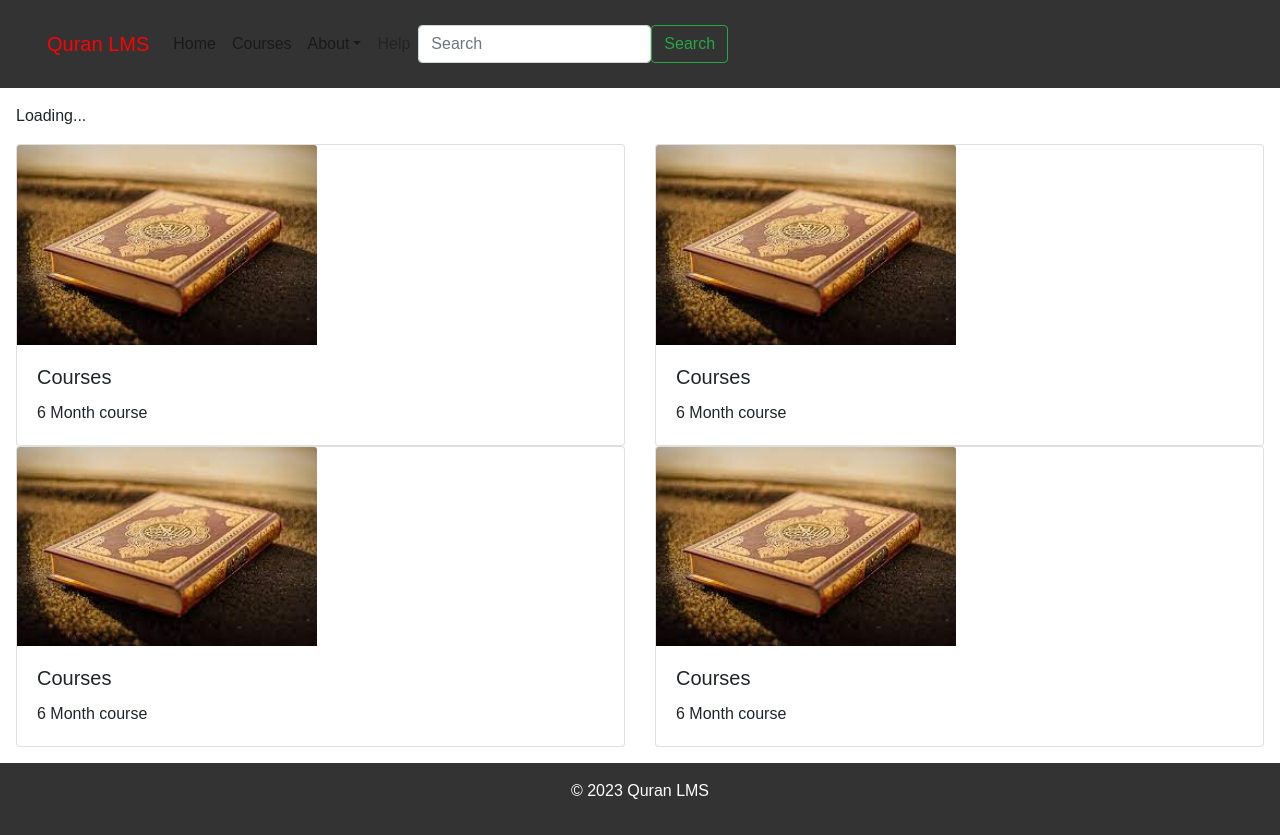
Repository: talha-mahmood/Quran-Lms-react
Page: /
The author's editor kept a copy of each file at every save. The page is drawn from the files as they stood at one save, then again after the next save.
The browser window is 1280 px wide. The pictures show the whole page.
The page's requests for data from a server got no answer. The project was rebuilt for these pictures with package versions that can differ from the ones it lists, and the page was loaded fresh each time. No one was signed in, and anything a server would have sent is missing.

Above is the page before, as saved 2023-03-09 11:54:38.

### public/index.html
<!DOCTYPE html>
<html lang="en">
  <head>
    <meta charset="utf-8" />
    <link rel="icon" href="%PUBLIC_URL%/favicon.ico" />
    <meta name="viewport" content="width=device-width, initial-scale=1" />
    <meta name="theme-color" content="#000000" />
    <meta
      name="description"
      content="Web site created using create-react-app"
    />

    <link rel="apple-touch-icon" href="%PUBLIC_URL%/logo192.png" />
    <link rel="stylesheet" href="https://cdn.jsdelivr.net/npm/bootstrap@4.4.1/dist/css/bootstrap.min.css" integrity="sha384-Vkoo8x4CGsO3+Hhxv8T/Q5PaXtkKtu6ug5TOeNV6gBiFeWPGFN9MuhOf23Q9Ifjh" crossorigin="anonymous">
    <script src="https://code.jquery.com/jquery-3.4.1.slim.min.js" integrity="sha384-J6qa4849blE2+poT4WnyKhv5vZF5SrPo0iEjwBvKU7imGFAV0wwj1yYfoRSJoZ+n" crossorigin="anonymous"></script>
   <script src="https://cdn.jsdelivr.net/npm/popper.js@1.16.0/dist/umd/popper.min.js" integrity="sha384-Q6E9RHvbIyZFJoft+2mJbHaEWldlvI9IOYy5n3zV9zzTtmI3UksdQRVvoxMfooAo" crossorigin="anonymous"></script>
   <script src="https://cdn.jsdelivr.net/npm/bootstrap@4.4.1/dist/js/bootstrap.min.js" integrity="sha384-wfSDF2E50Y2D1uUdj0O3uMBJnjuUD4Ih7YwaYd1iqfktj0Uod8GCExl3Og8ifwB6" crossorigin="anonymous"></script>
    <!--
      manifest.json provides metadata used when your web app is installed on a
      user's mobile device or desktop. See https://developers.google.com/web/fundamentals/web-app-manifest/
    -->
    <link rel="manifest" href="%PUBLIC_URL%/manifest.json" />
    <!--
      Notice the use of %PUBLIC_URL% in the tags above.
      It will be replaced with the URL of the `public` folder during the build.
      Only files inside the `public` folder can be referenced from the HTML.

      Unlike "/favicon.ico" or "favicon.ico", "%PUBLIC_URL%/favicon.ico" will
      work correctly both with client-side routing and a non-root public URL.
      Learn how to configure a non-root public URL by running `npm run build`.
    -->
    <title>React App</title>
  </head>
  <body>
    <noscript>You need to enable JavaScript to run this app.</noscript>
    <div id="root"></div>

    <!--
      This HTML file is a template.
      If you open it directly in the browser, you will see an empty page.

      You can add webfonts, meta tags, or analytics to this file.
      The build step will place the bundled scripts into the <body> tag.

      To begin the development, run `npm start` or `yarn start`.
      To create a production bundle, use `npm run build` or `yarn build`.
    -->
  </body>
</html>

### src/App.js
import './App.css';
import React,{Component} from 'react';
import Button from 'react-bootstrap/Button';
import Container from 'react-bootstrap/Container';
import Form from 'react-bootstrap/Form';
import Nav from 'react-bootstrap/Nav';
import Navbar from 'react-bootstrap/Navbar';
import NavDropdown from 'react-bootstrap/NavDropdown';
import Card from 'react-bootstrap/Card';
import Col from 'react-bootstrap/Col';
import Row from 'react-bootstrap/Row';
import myimg from './download.jpeg'
class QuranLMS extends Component {
  state = {
    verses: [],
    isLoading: true
  };

  async componentDidMount() {
    const response = await fetch("https://api.quran.com/api/v4/quran/verses/uthmani?chapter_number=1");
    const data = await response.json();
    this.setState({
      verses: data.verses,
      isLoading: false
    });
  }

  render() {
    const { verses, isLoading } = this.state;
    return (
      <div>


          <div>
          <header>
          <Navbar bg="" expand="lg" >
      <Container fluid>
        <Navbar.Brand href="#" style={{ color: 'red' }}>Quran LMS</Navbar.Brand>
        <Navbar.Toggle aria-controls="navbarScroll" />
        <Navbar.Collapse id="navbarScroll">
          <Nav
            className="me-auto my-2 my-lg-0"
            style={{ maxHeight: '100px' }}
            navbarScroll
          >
            <Nav.Link href="#action1">Home</Nav.Link>
            <Nav.Link href="#action2">Courses</Nav.Link>
            <NavDropdown title="About" id="navbarScrollingDropdown">
              <NavDropdown.Item href="#action3">Register</NavDropdown.Item>
              <NavDropdown.Item href="#action4">
                Another action
              </NavDropdown.Item>
              <NavDropdown.Divider />
              <NavDropdown.Item href="#action5">
                Something else here
              </NavDropdown.Item>
            </NavDropdown>
            <Nav.Link href="#" disabled>
              Help
            </Nav.Link>
          </Nav>
          <Form className="d-flex">
            <Form.Control
              type="search"
              placeholder="Search"
              className="me-2"
              aria-label="Search"
            />
            <Button variant="outline-success">Search</Button>
          </Form>
        </Navbar.Collapse>
      </Container>
    </Navbar>
    </header>
          </div>



        <main>
          {isLoading ? (
            <p>Loading...</p>
          ) : (
            verses.map((verse) => (
              <p key={verse.id}>{verse.text_uthmani}</p>
            ))
          )}
          <div>
          <Row xs={1} md={2} className="g-4">
      {Array.from({ length: 4 }).map((_, idx) => (
        <Col>
          <Card>
            <Card.Img variant="top" src={myimg} />

            <Card.Body>
              <Card.Title>Courses</Card.Title>
              <Card.Text>
                6 Month course
              </Card.Text>
            </Card.Body>
          </Card>
        </Col>
      ))}
    </Row>
          </div>

        </main>
        <footer>
          <p>&copy; 2023 Quran LMS</p>
        </footer>
      </div>
    );
  }
}

export default QuranLMS;

### src/App.css
body {
  font-family: Arial, sans-serif;
  margin: 0;

}

header {
  background-color: #333;
  color: #fff;
  padding: 1em;
}

header h1 {
  margin: 0;
}

main {
  padding: 1em;
}

footer {
  background-color: #333;
  color: #fff;
  padding: 1em;
  text-align: center;
}
img{
  max-height:200px;
  max-width:300px;
}

Loaded but not shown: src/index.js (common file); src/index.css (common file); src/reportWebVitals.js (common file)

After the next save:
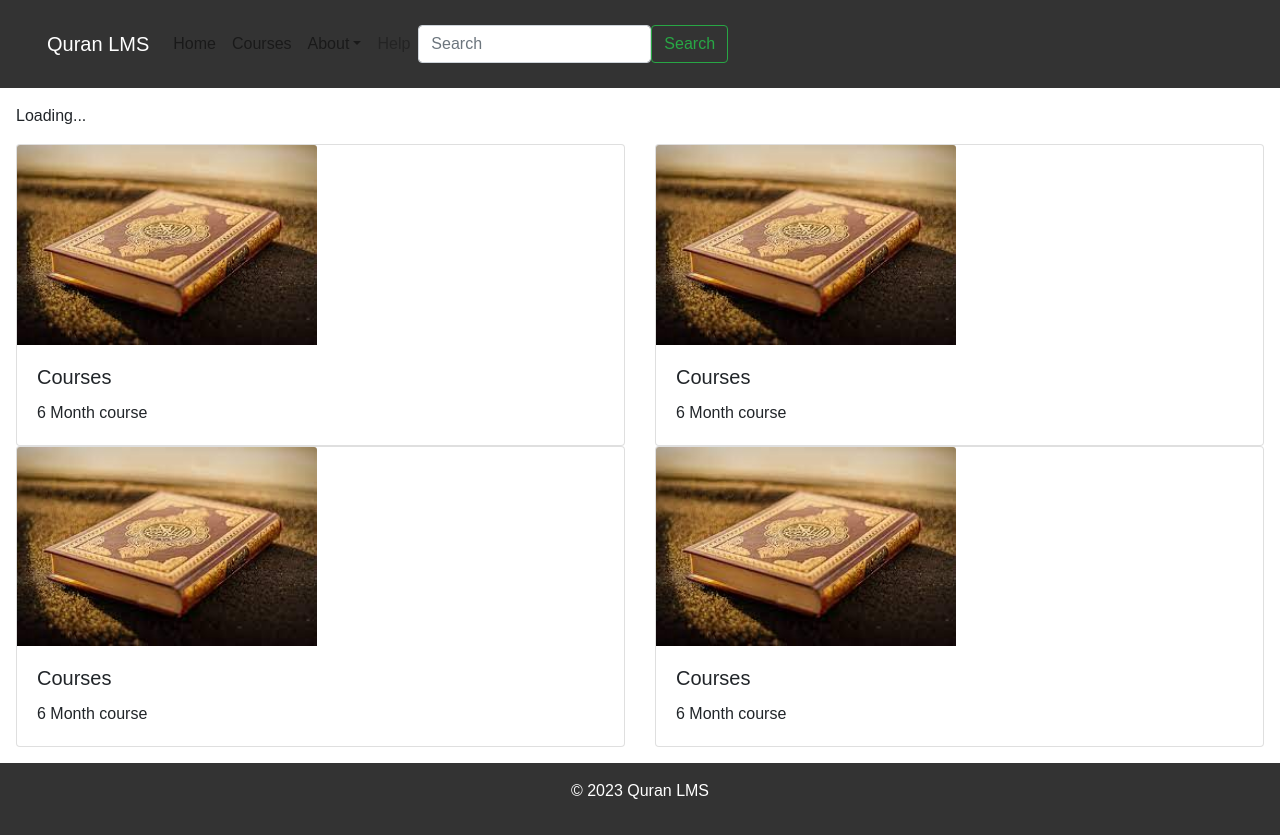
Saved 11 s later.
--- a/src/App.js
+++ b/src/App.js
@@ -35,7 +35,7 @@ class QuranLMS extends Component {
           <header>
           <Navbar bg="" expand="lg" >
       <Container fluid>
-        <Navbar.Brand href="#" style={{ color: 'red' }}>Quran LMS</Navbar.Brand>
+        <Navbar.Brand href="#" style={{ color: 'white' }}>Quran LMS</Navbar.Brand>
         <Navbar.Toggle aria-controls="navbarScroll" />
         <Navbar.Collapse id="navbarScroll">
           <Nav
